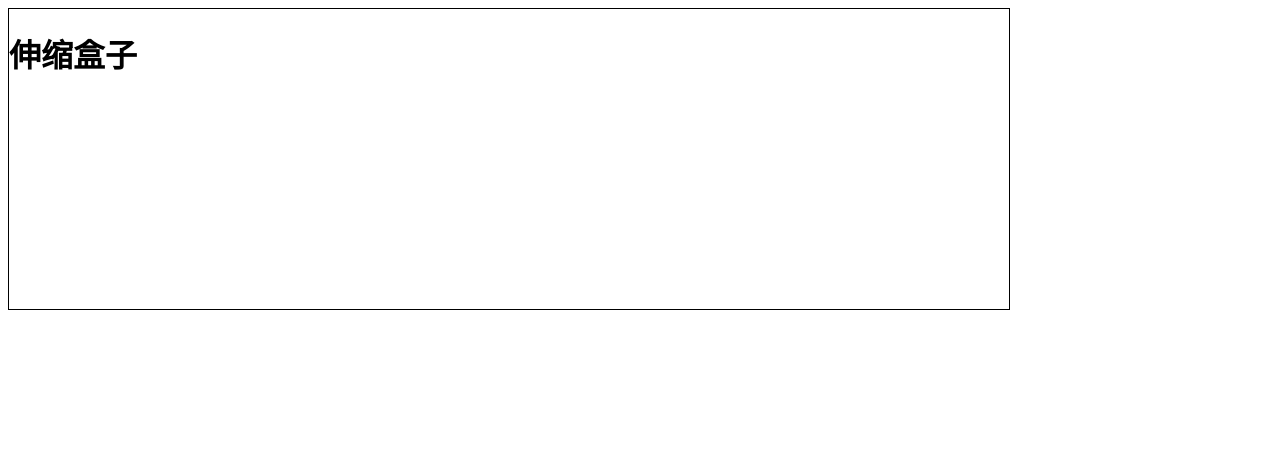
Repository: liuxi0811/web-demo
Page: 伸缩布局.html
The author's editor kept a copy of each file at every save. The page is drawn from the files as they stood at one save, then again after the next save.
The browser window is 1280 px wide. The pictures show the whole page.

Above is the page before, as saved 2020-12-03 14:16:56.

After the next save:
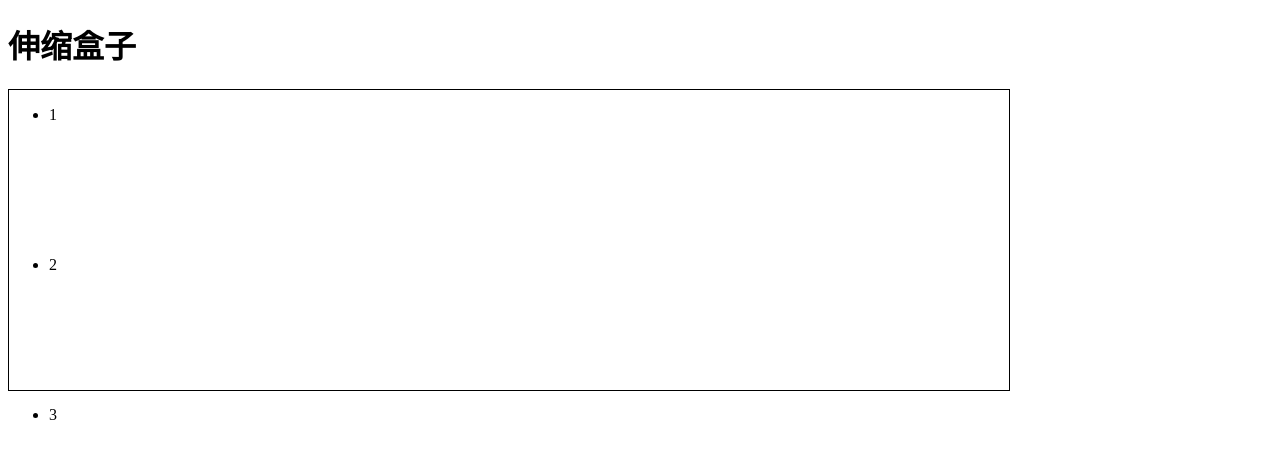
Saved 3 min 12 s later.
--- a/伸缩布局.html
+++ b/伸缩布局.html
@@ -10,11 +10,20 @@
             height: 300px;
             border: 1px solid;
         }
+
+        li{
+            width: 150px;
+            height: 150px;
+        }
     </style>
 </head>
 <body>
+   <h1>伸缩盒子</h1>
     <div>
-        <h1>伸缩盒子</h1>
+        <ul>
+            <li>1</li>
+            <li>2</li>
+            <li>3</li>
     </div>
 </body>
 </html>
